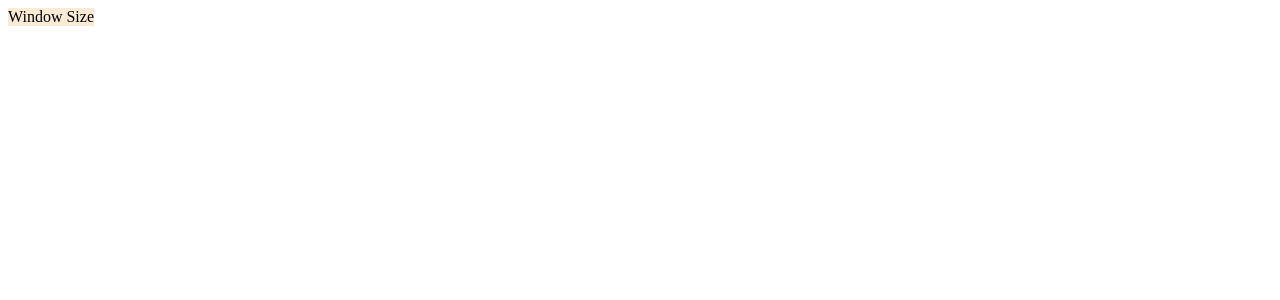
Repository: sephinejo/frontend-browser-101
Page: browser/window_size.html
The author's editor kept a copy of each file at every save. The page is drawn from the files as they stood at one save, then again after the next save.
The browser window is 1280 px wide. The pictures show the whole page.

Above is the page before, as saved 2023-05-10 12:12:06.

### browser/window_size.html
<!DOCTYPE html>
<html lang="en">
  <head>
    <meta charset="UTF-8" />
    <meta http-equiv="X-UA-Compatible" content="IE=edge" />
    <meta name="viewport" content="width=device-width, initial-scale=1.0" />
    <title>Window Sizes</title>
    <style>
      .tag {
        display: inline-block;
        background-color: antiquewhite;
      }
    </style>
  </head>
  <body>
    <div class="tag">Window Size</div>
    <script></script>
  </body>
</html>

After the next save:
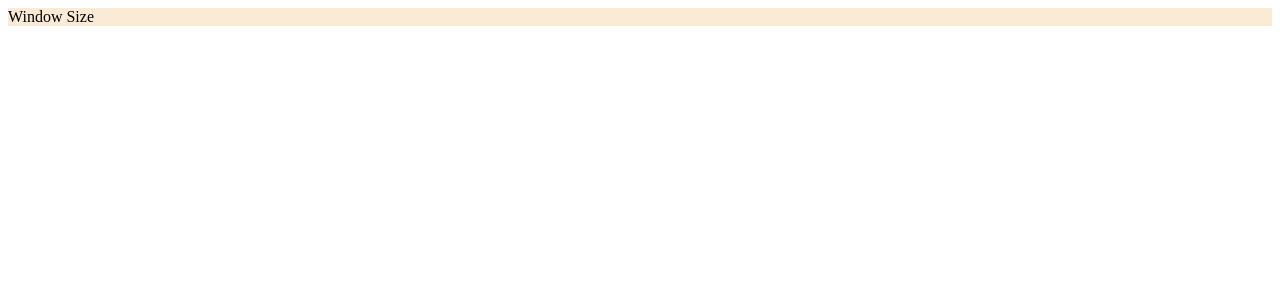
Saved 12 s later.
--- a/browser/window_size.html
+++ b/browser/window_size.html
@@ -7,7 +7,7 @@
     <title>Window Sizes</title>
     <style>
       .tag {
-        display: inline-block;
+        /* display: inline-block; */
         background-color: antiquewhite;
       }
     </style>

After the save that followed:
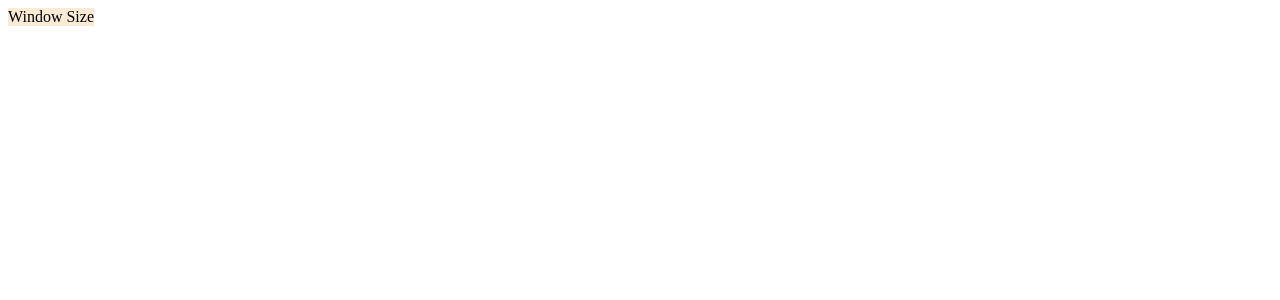
Saved 4 s later.
--- a/browser/window_size.html
+++ b/browser/window_size.html
@@ -7,7 +7,7 @@
     <title>Window Sizes</title>
     <style>
       .tag {
-        /* display: inline-block; */
+        display: inline-block;
         background-color: antiquewhite;
       }
     </style>
